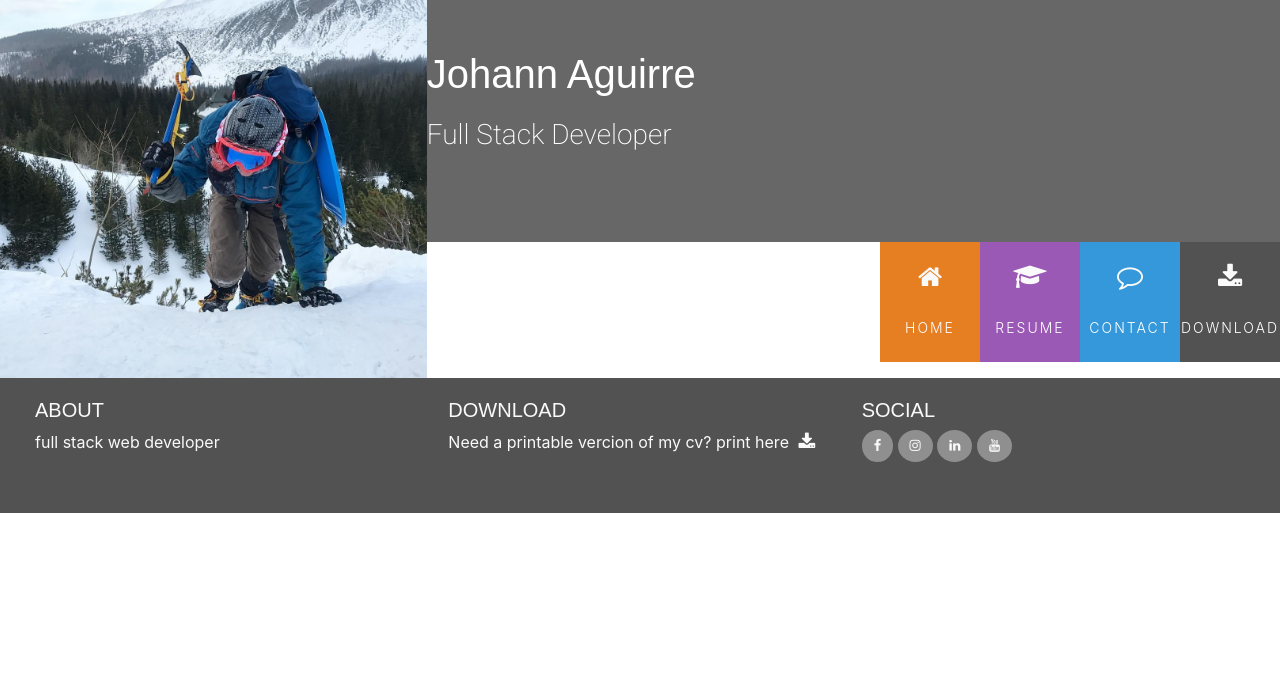
Repository: cachimiro/cv
Page: index.html
The author's editor kept a record of every edit. The page is drawn from the files as they stood at one moment, then again after the next edit.
The browser window is 1280 px wide. The pictures show the whole page.
Some web fonts or font styles are not loaded; a fallback is used. Some web libraries are served in a nearby version.

Above is the page before.

### index.html
<!DOCTYPE html>
<html lang="en">

<head>
    <meta charset="UTF-8">
    <meta name="viewport" content="width=device-width, initial-scale=1.0">
    <meta http-equiv="X-UA-Compatible" content="ie=edge">
    <link rel="stylesheet" href="https://stackpath.bootstrapcdn.com/bootstrap/4.2.1/css/bootstrap.min.css" type="text/css" />
    <link rel="stylesheet" href="https://stackpath.bootstrapcdn.com/font-awesome/4.7.0/css/font-awesome.min.css" type="text/css" />
   <link rel="stylesheet" href="https://cdnjs.cloudflare.com/ajax/libs/hover.css/2.3.1/css/hover-min.css" type="text/css" />
   <link rel="stylesheet" href="css/style.css" type="text/css" />
    <title>Johann Aguirre</title>
</head>

<body>
    <header>
        <div class="row no-gutters">
            <a href="index.html" class="col-md-4 logo">

            </a>
            <div class="col-md-8">
                <div class="row no-gutters">
                    <div class="col heading bg-color-name-title">
                        <h1 class="name">Johann Aguirre</h1>
                        <h2 class="title">Full Stack Developer</h2>

                    </div>
                </div>
                <div class="row no-gutters">
                    <div class="col"></div>
                    <ul id="nav" class="list-inline menucontainer">
                        <li class="col-6 col-sm-3 ui-menu-color-home list-inline-item menuitem">
                            <a href="#" class="hvr-sweep-to-bottom"><i class="fa fa-home " aria-hidden="true"></i><span>Home</span></a>
                            </li>
                             <li class="col-6 col-sm-3 ui-menu-color-resume list-inline-item menuitem">
                            <a href="#"  class="hvr-sweep-to-bottom"><i class="fa fa-graduation-cap"aria-hidden="true"></i> <span>Resume</span></a>
                            </li>
                             <li class="col-6 col-sm-3 ui-menu-color-contact list-inline-item menuitem">
                            <a href="#"  class="hvr-sweep-to-bottom"><i class="fa fa-comment-o" aria-hidden="true"></i><span>Contact</span></a>
                            </li>
                             <li class="col-6 col-sm-3 ui-menu-color-download list-inline-item menuitem">
                            <a href="#"  class="hvr-sweep-to-bottom"><i class="fa fa-download" aria-hidden="true"></i><span>Download</span></a>
                            </li>

                        </li>
                    </ul>

                </div>

            </div>
        </div>
    </header>
    <section>


    </section>
    <footer class="container-fluid">
        <div id="footer-detail" class="row">
            <div class="col-sm-4">
                <h5 class="uppercase general-sub">About</h5>
                <p class="inline-block">full stack web developer</p>
            </div>
            <div class="col-sm-4">
                <h5 class="uppercase general-sub">Download</h5>
                <p class="inline-block"> Need a printable vercion of my cv? print here
                <a href="#" target="_blank" class="cv-pdf">
                <i class="fa fa-download" aria-hidden="true"></i>
                <span class="sr-only">Download link</span>
                </a>
                </p>
            </div>
            <div class="col-sm-4">
                <h5 class="uppercase general-sub">Social</h5>
                <ul class="list-inline social-links">
                    <li class="list-inline-item">
                        <a target="_blank" href="#">
                            <i class="fa fa-facebook" aria-hidden="true"></i>
                            <span class="sr-only">Facebook</span>
                        </a>
                    </li>
                     <li class="list-inline-item">
                        <a target="_blank" href="#">
                            <i class="fa fa-instagram" aria-hidden="true"></i>
                            <span class="sr-only">Instagram</span>
                        </a>
                    </li>
                     <li class="list-inline-item">
                        <a target="_blank" href="#">
                            <i class="fa fa-linkedin" aria-hidden="true"></i>
                            <span class="sr-only">Linkedin</span>
                        </a>
                    </li>
                     <li class="list-inline-item">
                        <a target="_blank" href="#">
                            <i class="fa fa-youtube" aria-hidden="true"></i>
                            <span class="sr-only">Youtube</span>
                        </a>
                    </li>
                </ul>

            </div>
        </div>


    </footer>

</body>

</html>

### css/style.css
@import url('https://fonts.googleapis.com/css?family=Roboto:100,200,300,400,500,600,700 | Exo 100,200,300,400,500,600,700');

/*--- colors*/

.bg-color-name-title {
    background-color: #676767;
}
.bg-color-three-reasons{
    background-color: #ffffff;
}

.ui-menu-color-home {
    background-color: #e67e22;


}

.ui-menu-color-resume {
    background-color: #9b59b6;

}

.ui-menu-color-contact {
    background-color: #3498db;

}

.ui-menu-color-download {
    background-color: #525252;
}

/*---- special paddings margins and text--*/

h1,
h2,
h3,
h4{
    margin: 0;

}
.uppercase{
    text-transform: uppercase;
}
.general-sub{
    font-family: "Exo", sans-serif;
    font-weight: 300;
    color: #fafafa;

}
.inline-block{
    display: inline-block;

}
.row-table{
    display: table;
}
.section-column{
    display: table-cell;
    padding: 0 30px 30px;
    float: none;
}

.section-heading{
    font-family: "Exo", sans-serif;
    font-weight: 300;
    margin-top: 25px;
    margin-bottom: 40px;
}


/*------- headings*/

header {
    margin: 0;
}

.logo {
    background: url("../images/johann.jpg");
    background-position: center;
    background-repeat: no-repeat;
    background-size: cover;
    min-height: 360px;
    transition: all .5s ease-in-out;
    -moz-transition: all .5s ease-in-out;
    -webkit-transition: all .5s ease-in-out;
}

.name {
    font-family: "exo", sans-serif;
    font-weight: 100;
    font-size: 40px;
    margin-top: 50px;
    color: #ffffff;
}

.title {
    font-family: "roboto", sans-serif;
    font-weight: 200;
    font-size: 28px;
    margin-top: 20px;
    margin-bottom: 90px;
    color: #ffffff;
}

.list-inline-item:not(:last-child) {
    margin: 0;
}

.menucontainer {
    font-size: 0;
}

.list-inline-item:not(:last-child) {
    margin: 0;
}

.menucontainer {
    font-size: 0;
}

#nav li {
    font-size: 14px;
    padding: 0;

}

.menuitem {
    height: 120px;
    text-align: center;
    padding: 0;
}

.menuitem a {
    width: 100px;
    text-decoration: 0;
    color: #fff;
    height: 120px;
}

.menuitem a i {
    padding: 22px;
    display: block;
    color: #fafafa;
    font-size: 26px;
}

.menuitem span {
    display: block;
    width: 100%;
    padding-top: 5px;
    text-align: center;
    text-transform: uppercase;
    font-size: 14px;
    font-weight: 300;
    letter-spacing: 2px;

}

/*-- hover.css*/

.hvr-sweep-to-bottom:before {
    background: rgb(0, 0, 0, 0.2);
    height: 120px;

}
/*--- footer*/
footer {
    background-color: #525252;
    color: #fafafa;
    min-height: 120px;
    margin: 0;
}
.cv-pdf i {
    font-size: 18px;
    color: #fafafa;
    text-align: center;
    padding-left: 5px;
    transition:all 0.35s ease-in-out;
    -moz-transition:all 0.35s ease-in-out;
    -webkit-transition:all 0.35s ease-in-out;
    -o-transition:all 0.35s ease-in-out;
}
.cv-pdf i:hover{
    color: #e84610
}
.social-links{
    padding-bottom: 15px;
}
.social-links li a i{
    widows: 32px;
    height: 32px;
    padding: 12px;
    border-radius: 50%;
    font-size: 13px;
    line-height: 7px;
    text-align: center;
    color: #fafafa;
    background: #8f8f8f;
     transition:all 0.35s ease-in-out;
    -moz-transition:all 0.35s ease-in-out;
    -webkit-transition:all 0.35s ease-in-out;
    -o-transition:all 0.35s ease-in-out;
}
.social-links li a i:hover{
    background:#e84610;

}
#footer-detail{
    padding: 20px;
}

After the next edit:
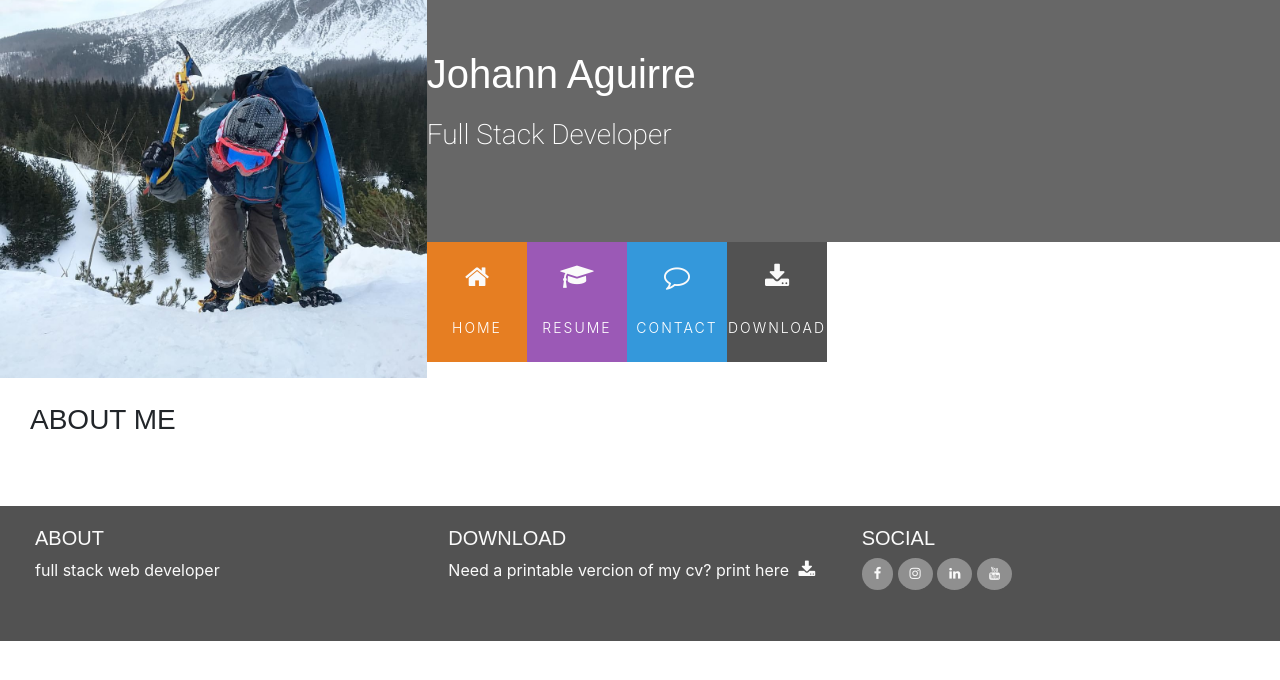
The edit:
--- a/index.html
+++ b/index.html
@@ -7,8 +7,8 @@
     <meta http-equiv="X-UA-Compatible" content="ie=edge">
     <link rel="stylesheet" href="https://stackpath.bootstrapcdn.com/bootstrap/4.2.1/css/bootstrap.min.css" type="text/css" />
     <link rel="stylesheet" href="https://stackpath.bootstrapcdn.com/font-awesome/4.7.0/css/font-awesome.min.css" type="text/css" />
-   <link rel="stylesheet" href="https://cdnjs.cloudflare.com/ajax/libs/hover.css/2.3.1/css/hover-min.css" type="text/css" />
-   <link rel="stylesheet" href="css/style.css" type="text/css" />
+    <link rel="stylesheet" href="https://cdnjs.cloudflare.com/ajax/libs/hover.css/2.3.1/css/hover-min.css" type="text/css" />
+    <link rel="stylesheet" href="css/style.css" type="text/css" />
     <title>Johann Aguirre</title>
 </head>
 
@@ -26,21 +26,21 @@
 
                     </div>
                 </div>
-                <div class="row no-gutters">
+                <div class="row no-gutters inline-block">
                     <div class="col"></div>
                     <ul id="nav" class="list-inline menucontainer">
                         <li class="col-6 col-sm-3 ui-menu-color-home list-inline-item menuitem">
                             <a href="#" class="hvr-sweep-to-bottom"><i class="fa fa-home " aria-hidden="true"></i><span>Home</span></a>
-                            </li>
-                             <li class="col-6 col-sm-3 ui-menu-color-resume list-inline-item menuitem">
-                            <a href="#"  class="hvr-sweep-to-bottom"><i class="fa fa-graduation-cap"aria-hidden="true"></i> <span>Resume</span></a>
-                            </li>
-                             <li class="col-6 col-sm-3 ui-menu-color-contact list-inline-item menuitem">
-                            <a href="#"  class="hvr-sweep-to-bottom"><i class="fa fa-comment-o" aria-hidden="true"></i><span>Contact</span></a>
-                            </li>
-                             <li class="col-6 col-sm-3 ui-menu-color-download list-inline-item menuitem">
-                            <a href="#"  class="hvr-sweep-to-bottom"><i class="fa fa-download" aria-hidden="true"></i><span>Download</span></a>
-                            </li>
+                        </li>
+                        <li class="col-6 col-sm-3 ui-menu-color-resume list-inline-item menuitem">
+                            <a href="#" class="hvr-sweep-to-bottom"><i class="fa fa-graduation-cap"aria-hidden="true"></i> <span>Resume</span></a>
+                        </li>
+                        <li class="col-6 col-sm-3 ui-menu-color-contact list-inline-item menuitem">
+                            <a href="#" class="hvr-sweep-to-bottom"><i class="fa fa-comment-o" aria-hidden="true"></i><span>Contact</span></a>
+                        </li>
+                        <li class="col-6 col-sm-3 ui-menu-color-download list-inline-item menuitem">
+                            <a href="#" class="hvr-sweep-to-bottom"><i class="fa fa-download" aria-hidden="true"></i><span>Download</span></a>
+                        </li>
 
                         </li>
                     </ul>
@@ -50,7 +50,16 @@
             </div>
         </div>
     </header>
-    <section>
+    <section class="container-fluid">
+        <div class="row row-table">
+            <div class="col-md-8 bg-color-three-reasons section-column">
+                <div class="row">
+                    <div class="col">
+                        <h3 class="section-heading uppercase">About Me</h3>
+                    </div>
+                </div>
+            </div>
+        </div>
 
 
     </section>
@@ -63,7 +72,7 @@
             <div class="col-sm-4">
                 <h5 class="uppercase general-sub">Download</h5>
                 <p class="inline-block"> Need a printable vercion of my cv? print here
-                <a href="#" target="_blank" class="cv-pdf">
+                    <a href="#" target="_blank" class="cv-pdf">
                 <i class="fa fa-download" aria-hidden="true"></i>
                 <span class="sr-only">Download link</span>
                 </a>
@@ -78,19 +87,19 @@
                             <span class="sr-only">Facebook</span>
                         </a>
                     </li>
-                     <li class="list-inline-item">
+                    <li class="list-inline-item">
                         <a target="_blank" href="#">
                             <i class="fa fa-instagram" aria-hidden="true"></i>
                             <span class="sr-only">Instagram</span>
                         </a>
                     </li>
-                     <li class="list-inline-item">
+                    <li class="list-inline-item">
                         <a target="_blank" href="#">
                             <i class="fa fa-linkedin" aria-hidden="true"></i>
                             <span class="sr-only">Linkedin</span>
                         </a>
                     </li>
-                     <li class="list-inline-item">
+                    <li class="list-inline-item">
                         <a target="_blank" href="#">
                             <i class="fa fa-youtube" aria-hidden="true"></i>
                             <span class="sr-only">Youtube</span>
